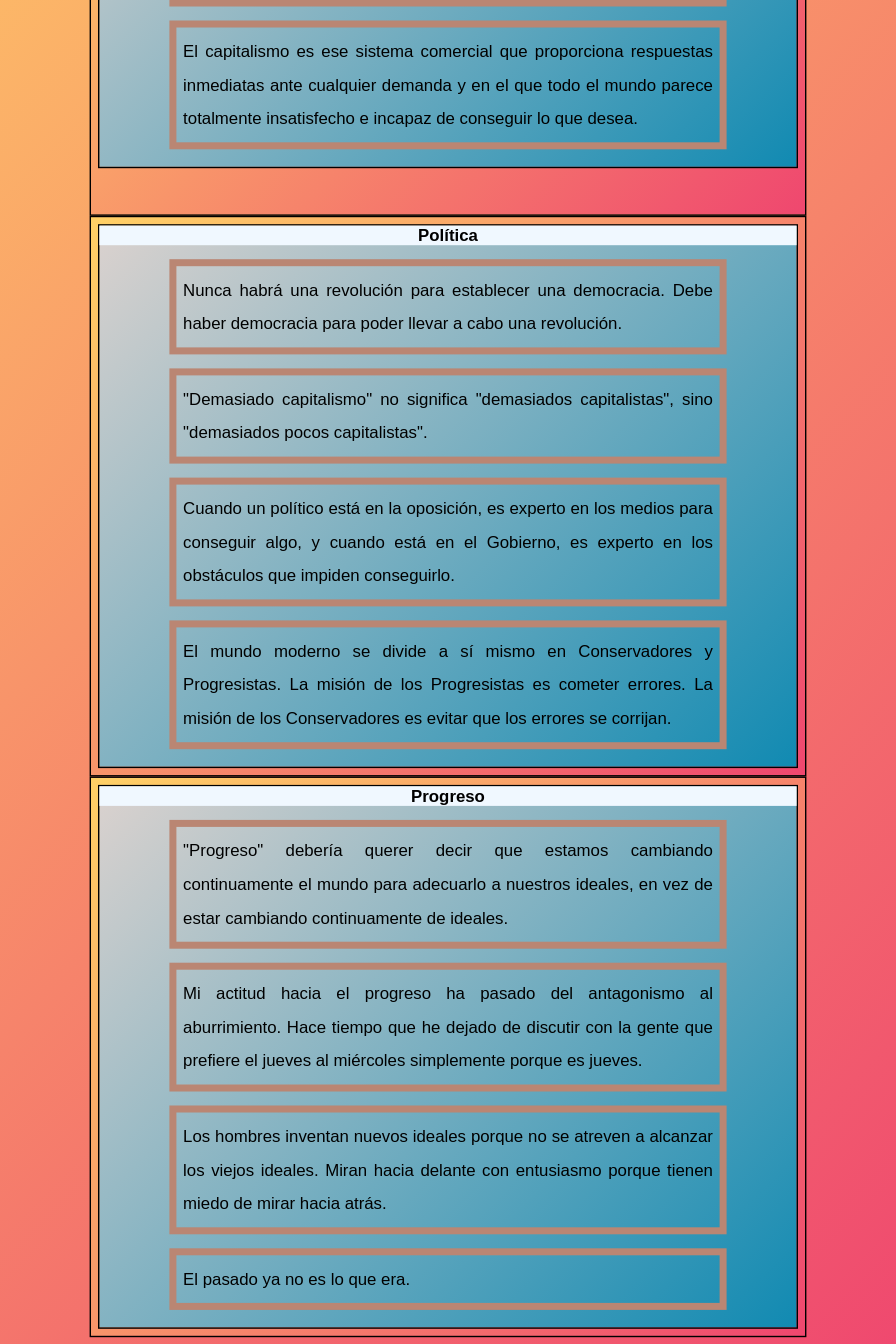
Repository: EmilyMachuca-Developer/Advanced-Programming-Projects
Page: index.html
The author's editor kept a copy of each file at every save. The page is drawn from the files as they stood at one save, then again after a run of saves.
The browser window is 1280 px wide. The pictures show the part of the page from y = 766 to 2686 px (the page is 2743 px tall before and 2715 px after), at 70% of full size.

Above is the page before, as saved 2024-02-26 20:55:30.

### index.html
<html lang="es">
<head>
<meta charset="utf-8">
<link rel="stylesheet" href="Taller 2/css/style.css">
<title>Emily Machuca</title>
</head>

<body>
    <div style="background-color: rgb(150, 202, 185);">
        <h1>Citas de Gilbert Keith Chesterton</h1> <br><br>
        <p><strong>Gilbert Keith Chesterton</strong> (Londres, 29 de mayo de 1874 - Beaconsfield, 14 de junio de 1936), más conocido como G. K. Chesterton, fue un escritor y periodista británico de inicios del siglo XX, calificado a menudo como el "príncipe de las paradojas". Cultivó, entre otros géneros, el ensayo, la narración, la biografía, la lírica, el periodismo y el libro de viajes.</p>
        <p>Su personaje más famoso es el Padre Brown, un sacerdote católico de apariencia ingenua, cuya agudeza psicológica hace de él un detective formidable, y que protagonizó más de cincuenta historias reunidas en cinco volúmenes, publicados entre 1911 y 1935.</p>
    </div>
    <main><section><div style="background-color: aliceblue;"><h7><strong><center>Capitalismo</center></strong></h7></div>
        <div><p>Un ciudadano apenas puede distinguir un impuesto de una multa, salvo que la multa suele ser más barata.</p>
            <div><p>"Demasiado capitalismo" no significa "demasiados capitalistas", sino "demasiados pocos capitalistas".</p></div>
            <div><p>El capitalismo es ese sistema comercial que proporciona respuestas inmediatas ante cualquier demanda y en el que todo el mundo parece totalmente insatisfecho e incapaz de conseguir lo que desea.</p></div>
        </div></section><br></br></main>

        <main><section><div style="background-color: aliceblue;"><h7><strong><center>Política</center></strong></h7></div>
            <div><p>Nunca habrá una revolución para establecer una democracia. Debe haber democracia para poder llevar a cabo una revolución.</p>
                <div><p>"Demasiado capitalismo" no significa "demasiados capitalistas", sino "demasiados pocos capitalistas".</p></div>
                <div><p>Cuando un político está en la oposición, es experto en los medios para conseguir algo, y cuando está en el Gobierno, es experto en los obstáculos que impiden conseguirlo.</p></div>
                <div><p>El mundo moderno se divide a sí mismo en Conservadores y Progresistas. La misión de los Progresistas es cometer errores. La misión de los Conservadores es evitar que los errores se corrijan.</p></div>
            </div></section></main>

            <div><main><section><div style="background-color: aliceblue;"><h7><strong><center>Progreso</center></strong></h7></div>
                <div><p>"Progreso" debería querer decir que estamos cambiando continuamente el mundo para adecuarlo a nuestros ideales, en vez de estar cambiando continuamente de ideales.</p>
                    <div><p>Mi actitud hacia el progreso ha pasado del antagonismo al aburrimiento. Hace tiempo que he dejado de discutir con la gente que prefiere el jueves al miércoles simplemente porque es jueves.</p></div>
                    <div><p>Los hombres inventan nuevos ideales porque no se atreven a alcanzar los viejos ideales. Miran hacia delante con entusiasmo porque tienen miedo de mirar hacia atrás.</p></div>
                    <div><p>El pasado ya no es lo que era.</p></div>
                </div></section></main></div>

<footer>Citas obtenidas en internet. Traducción del inglés propia.</footer>
</body>
</html>

### Taller 2/css/style.css
body {
    margin: 10px 10%;
    background: linear-gradient(135deg, #ffd166, #ef476f);
    font-family: sans-serif;
    font-size: 1.5rem;
    text-align: justify;
}

header {
    padding: 0 10px;
    background: linear-gradient(135deg, hwb(0 94% 6% / 0.767), #06d6a0);
    animation: gradientAnimation 8s ease infinite alternate;
}

main {
    display: block;
    border: rgb(0, 0, 0) 2px solid;
    padding: 10px;
    background: linear-gradient(135deg, #ffd166, #ef476f);
}

section {
    padding-bottom: 5px;
    background: linear-gradient(135deg, hwb(17 81% 14%), #118ab2);
    border: rgb(0, 0, 0) 2px solid;
    animation: gradientAnimation 8s ease infinite alternate;
}

section + section {
    margin-top: 40px;
}

h2 {
    margin: 0;
    padding-left: 10px;
    background-color: white;
}

section p {
    border: hwb(16 45% 27%)10px solid;
    margin: 20px 10%;
    padding: 10px;
    color: rgb(0, 0, 0);
    line-height: 200%;
}

footer {
    border-top: black 5px solid;
    margin: 20px 0;
    padding: 0 10px;
    background: linear-gradient(135deg, hwb(15 50% 40%), #073b4c);
    font-size: 1.2rem;
    animation: gradientAnimation 8s ease infinite alternate;
}

@keyframes gradientAnimation {
    0% {
        background-position: 0% 50%;
    }
    100% {
        background-position: 100% 50%;
    }
}

After the next 2 saves:
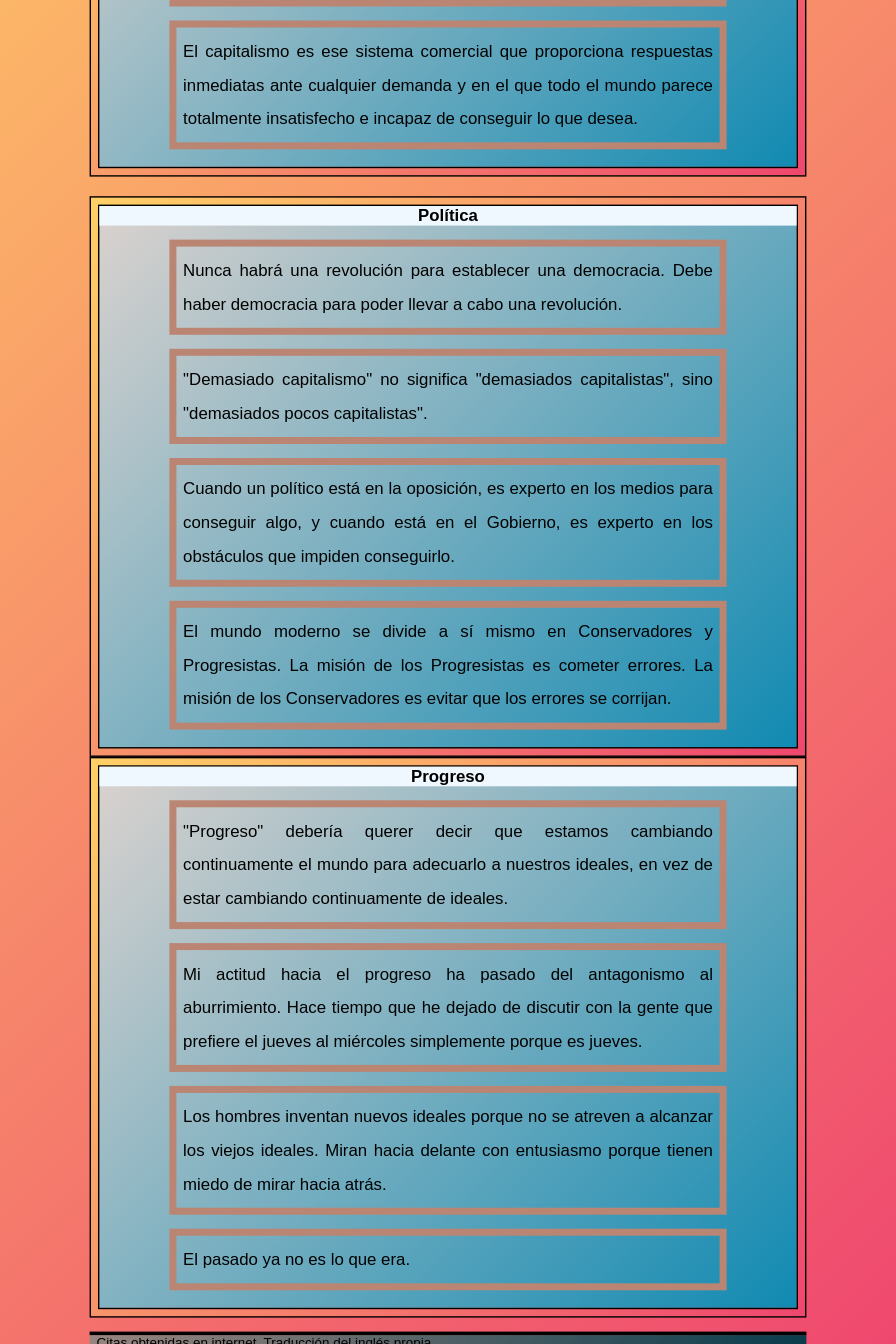
The 2 saves are shown as one change because they came seconds apart.
The last was saved 14 s later.
--- a/index.html
+++ b/index.html
@@ -15,7 +15,7 @@
         <div><p>Un ciudadano apenas puede distinguir un impuesto de una multa, salvo que la multa suele ser más barata.</p>
             <div><p>"Demasiado capitalismo" no significa "demasiados capitalistas", sino "demasiados pocos capitalistas".</p></div>
             <div><p>El capitalismo es ese sistema comercial que proporciona respuestas inmediatas ante cualquier demanda y en el que todo el mundo parece totalmente insatisfecho e incapaz de conseguir lo que desea.</p></div>
-        </div></section><br></br></main>
+        </div></section></main> <br>
 
         <main><section><div style="background-color: aliceblue;"><h7><strong><center>Política</center></strong></h7></div>
             <div><p>Nunca habrá una revolución para establecer una democracia. Debe haber democracia para poder llevar a cabo una revolución.</p>
